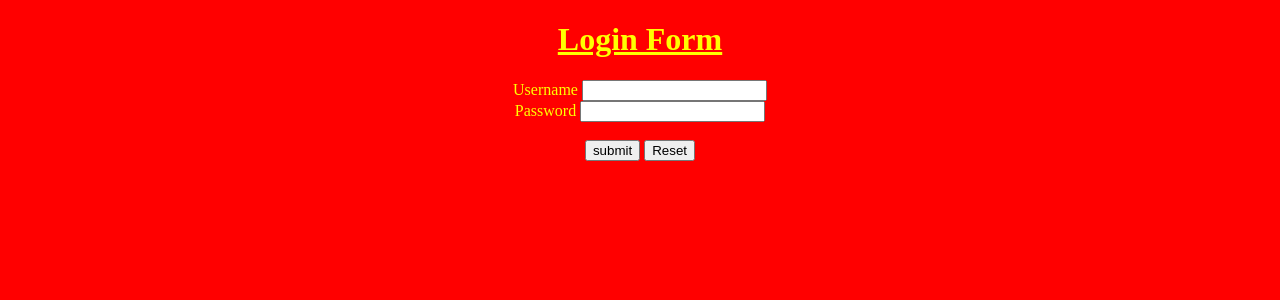
Repository: venugopalakrishnamylavarapu/Naresh-It-Full-Stack-java-Developer
Page: Advanced Java/Coding/Login/src/main/webapp/reg.html
The author's editor kept a copy of each file at every save. The page is drawn from the files as they stood at one save, then again after the next save.
The browser window is 1280 px wide. The pictures show the whole page.

Above is the page before, as saved 2023-02-08 15:22:51.

After the next save:
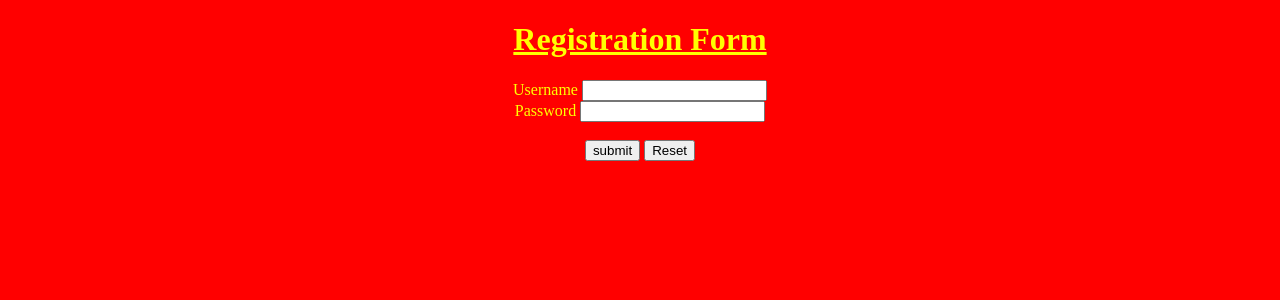
Saved 7 s later.
--- a/Advanced Java/Coding/Login/src/main/webapp/reg.html
+++ b/Advanced Java/Coding/Login/src/main/webapp/reg.html
@@ -6,7 +6,7 @@
 </head>
 <body bgcolor="red" text="Yellow">
 <center>
-<h1><u>Login Form</u></h1>
+<h1><u>Registration Form</u></h1>
 <form action="login" method="POST">
 Username <input type="text" name="uname"><br>
 Password <input type="password" name="pword"><br><br>
